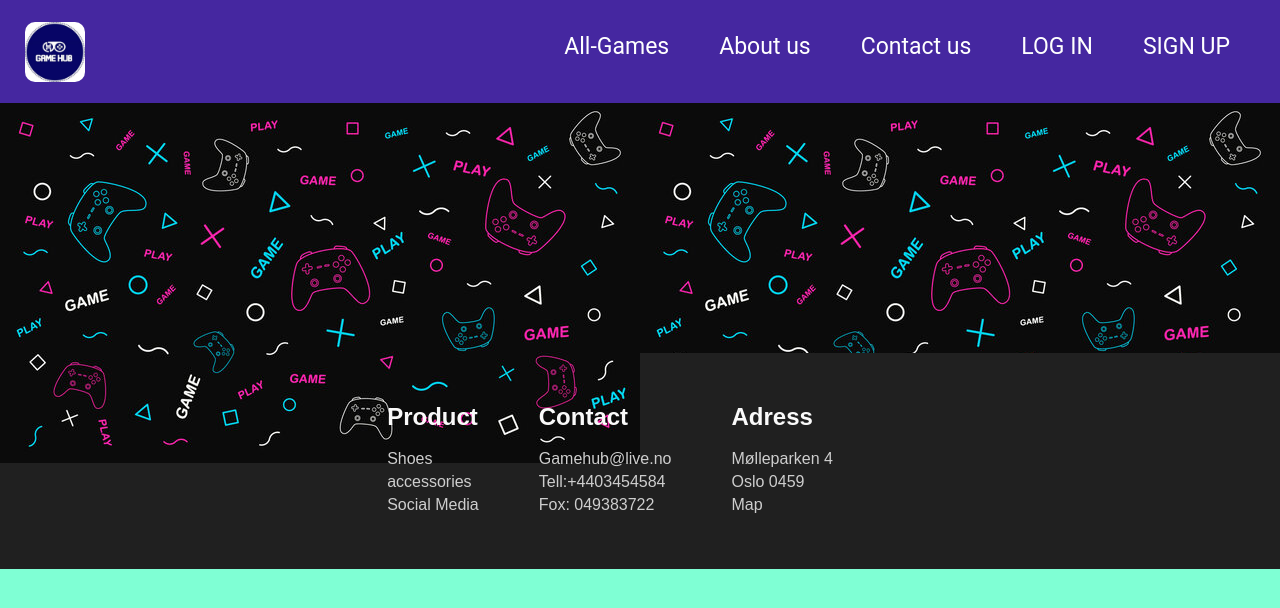
Repository: Fariaddd/HTML-CSS-reset
Page: buy.html
These files come from the project's save history. The page is drawn as it stood at one moment and after the next save; the edit follows.
The browser window is 1280 px wide. The pictures show the whole page.
Some web fonts or font styles are not loaded; a fallback is used.

Above is the page before, as saved 2022-04-01 19:18:05.

After the next save:
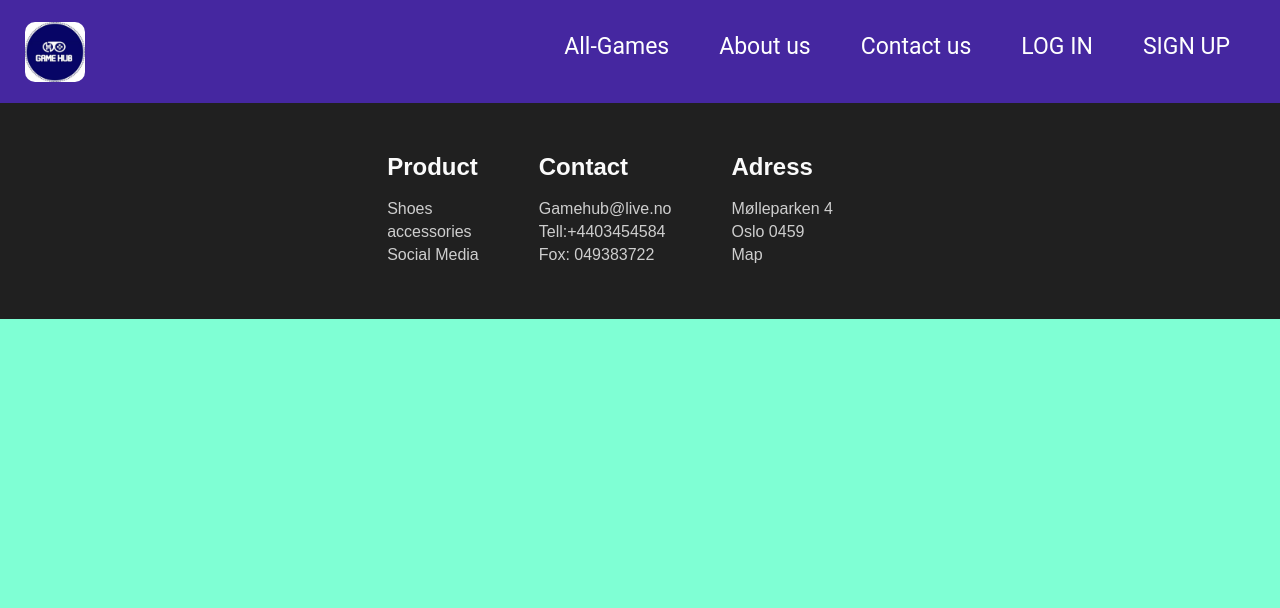
Saved 28 s later.
--- a/buy.html
+++ b/buy.html
@@ -34,9 +34,6 @@
       </header>
       <main>
           <section>
-              <div class="img">
-                  <img src="./img/game.png" alt="Game-background">
-              </div>
           </section>
       </main>
       <footer>
